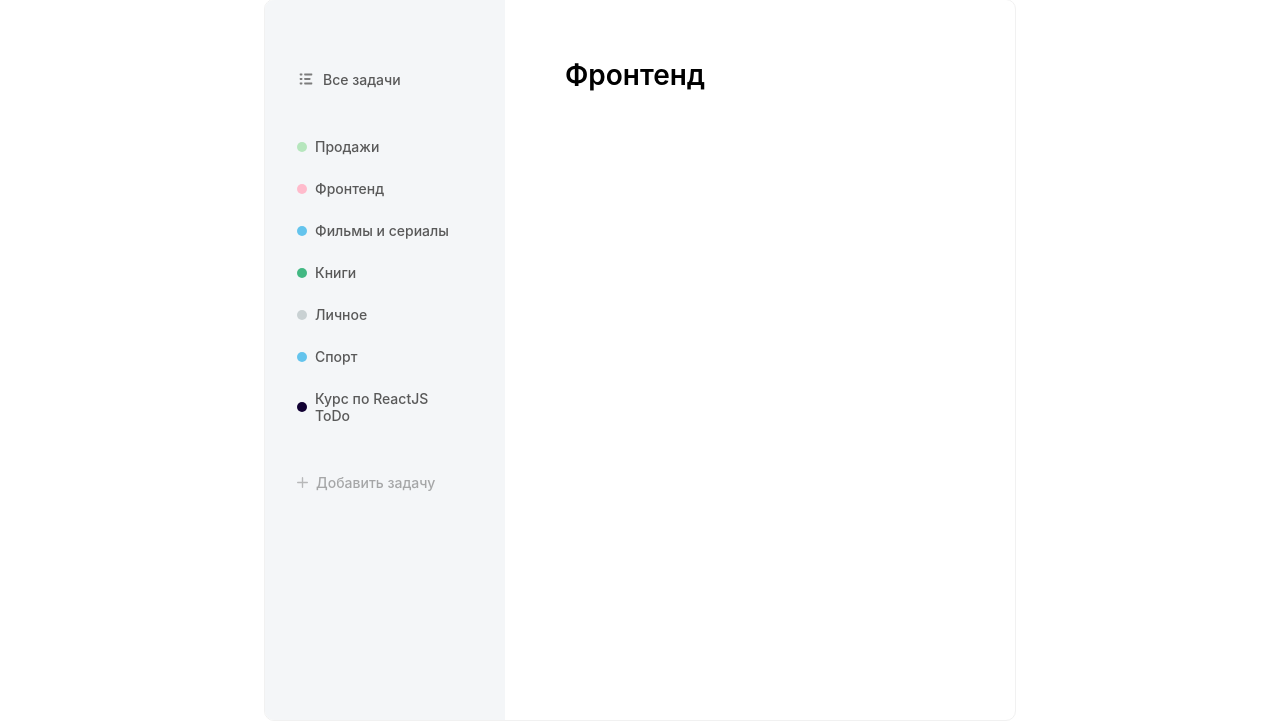
Repository: AzimAzimov/Todo
Page: /
The author's editor kept a copy of each file at every save. The page is drawn from the files as they stood at one save, then again after the next save.
The browser window is 1280 px wide. The pictures show the whole page.
The project was rebuilt for these pictures with package versions that can differ from the ones it lists, and the page was loaded fresh each time. Also part of the build but not shown: src/components/addButtonList/AddListButton.scss.

Above is the page before, as saved 2023-03-01 15:34:12.

### src/index.js
import React from 'react';
import ReactDOM from 'react-dom/client';
import './scss/index.scss';
import App from './App';

const root = ReactDOM.createRoot(document.getElementById('root'));
root.render(
  <React.StrictMode>
    <App />
  </React.StrictMode>
);

### src/scss/index.scss
@import "_normalize.scss";

body {
  margin: 0;
  font-family: -apple-system, BlinkMacSystemFont, 'Segoe UI', 'Montserrat', 'Oxygen',
    'Ubuntu', 'Cantarell', 'Fira Sans', 'Droid Sans', 'Helvetica Neue',
    sans-serif;
  -webkit-font-smoothing: antialiased;
  -moz-osx-font-smoothing: grayscale;
}

.todo {
  display: flex;
  position: absolute;
  left: 50%;
  top: 50%;
  width: 750px;
  height: 100vh;
  transform: translate(-50%, -50%);
  border: 1px solid #f1f1f1;
  border-radius: 10px;
  overflow: hidden;
  font-size: 14px;
  &__sidebar {
    background: #F4F6F8;
    width: 200px;
    height: calc(100% - 120px);
    padding: 60px 20px;
  }

  &__tasks {
    flex: 1;
    padding: 60px;

  }

}

### src/App.js
import React, { useState } from 'react';
import AddButtonList from './components/addButtonList/AddButtonList';

import List from './components/sidebar/List';
import DB from './assets/db.json'
import './scss/index.scss';


function App() {

  const [ value, setValue ] = useState('')
  const [ lists, setLists ] = useState(
    DB.lists.map(item => {
      item.color = DB.colors.filter(color => color.id === item.colorId)[0].name;
      return item;
    })
  )

  const onAddList = (obj) => {
    const newList = [...lists, obj]
    setLists(newList)
    console.log("Добавлен список", newList, lists);
  }

  return (
    <div className="todo">
      <div className="todo__sidebar">
        <List items={[
          {
            icon: (
              <svg width="18" height="18" viewBox="0 0 18 18" fill="none" xmlns="http://www.w3.org/2000/svg">
                <path d="M12.96 8.10001H7.74001C7.24321 8.10001 7.20001 8.50231 7.20001 9.00001C7.20001 9.49771 7.24321 9.90001 7.74001 9.90001H12.96C13.4568 9.90001 13.5 9.49771 13.5 9.00001C13.5 8.50231 13.4568 8.10001 12.96 8.10001V8.10001ZM14.76 12.6H7.74001C7.24321 12.6 7.20001 13.0023 7.20001 13.5C7.20001 13.9977 7.24321 14.4 7.74001 14.4H14.76C15.2568 14.4 15.3 13.9977 15.3 13.5C15.3 13.0023 15.2568 12.6 14.76 12.6ZM7.74001 5.40001H14.76C15.2568 5.40001 15.3 4.99771 15.3 4.50001C15.3 4.00231 15.2568 3.60001 14.76 3.60001H7.74001C7.24321 3.60001 7.20001 4.00231 7.20001 4.50001C7.20001 4.99771 7.24321 5.40001 7.74001 5.40001ZM4.86001 8.10001H3.24001C2.74321 8.10001 2.70001 8.50231 2.70001 9.00001C2.70001 9.49771 2.74321 9.90001 3.24001 9.90001H4.86001C5.35681 9.90001 5.40001 9.49771 5.40001 9.00001C5.40001 8.50231 5.35681 8.10001 4.86001 8.10001ZM4.86001 12.6H3.24001C2.74321 12.6 2.70001 13.0023 2.70001 13.5C2.70001 13.9977 2.74321 14.4 3.24001 14.4H4.86001C5.35681 14.4 5.40001 13.9977 5.40001 13.5C5.40001 13.0023 5.35681 12.6 4.86001 12.6ZM4.86001 3.60001H3.24001C2.74321 3.60001 2.70001 4.00231 2.70001 4.50001C2.70001 4.99771 2.74321 5.40001 3.24001 5.40001H4.86001C5.35681 5.40001 5.40001 4.99771 5.40001 4.50001C5.40001 4.00231 5.35681 3.60001 4.86001 3.60001Z" fill="black"/>
              </svg>
            ),
            name: 'Все задачи',
          }
        ]} />
        <List
          items={lists}
          isRemovable={true}
          onRemove={(eee)=> {console.log(eee)}}
        />
        <AddButtonList onAdd={onAddList} colors={DB.colors} />
      </div>
      <div className='todo__tasks'>
        <h2>Фронтенд</h2>
      </div>
    </div>
  );
}

export default App;

### src/scss/_normalize.scss
* {
  padding: 0;
  margin: 0;
  list-style: none;
  outline: none;
}

html {
  -ms-text-size-adjust: 100%;
  -webkit-text-size-adjust: 100%;
}

body {
  -moz-osx-font-smoothing: grayscale;
  -webkit-font-smoothing: antialiased;

}

a,
span,
p,
b,
h1,
h2,
h3,
h4,
h5 {
  margin: 0;
  padding: 0;
  text-decoration: none
}

h1 {
  font-size: 48px;
}

h2 {
  font-weight: 600;
  font-size: 28px;
  line-height: 30px;
}

a {
  text-decoration: none;
}

### src/components/addButtonList/AddButtonList.jsx
import React, { useState } from 'react'

import Badge from '../badge/Badge';
import List from '../sidebar/List'
import closePopup from "../../assets/img/close.svg"
import "./AddListButton.scss"


const AddButtonList = ({ colors, onAdd }) => {
  const [visiblePopup, setVisiblePopup] = useState(false);
  const [selectedColor, selectColor] = useState(colors[0].id);
  const [inputValue, setInputValue] = useState('')

  const onClose = () => {
    setVisiblePopup(false)
    setInputValue('')
    selectColor(colors[0].id)
  }

  const addList = () => {
    if (!inputValue) {
      alert('Введи название списка епт...')
      return;
    }
    const color = colors.filter(c => c.id === selectedColor)[0].name;
    onAdd({ id: Math.random(), name: inputValue, color: color });
    onClose()
  }

  return (
    <div className="add__list">
      <List
        onClick={()=> setVisiblePopup(true)}
        items={[
          {
            className: 'todo__list__button',
            icon: (
              <svg width="11" height="11" viewBox="0 0 16 16" fill="none" xmlns="http://www.w3.org/2000/svg">
                <path d="M8 1V15" stroke="black" strokeWidth="2" strokeLinecap="round" strokeLinejoin="round"/>
                <path d="M1 8H15" stroke="black" strokeWidth="2" strokeLinecap="round" strokeLinejoin="round"/>
              </svg>
            ),
            name: 'Добавить задачу'
          }
        ]}
      />
      {visiblePopup &&
        <div className="add__list__popup">
          <img onClick={onClose} src={closePopup} alt="close" className="add__list__popup__close" />

          <input
            value={inputValue}
            onChange={e => setInputValue(e.target.value)}
            className='field'
            type='text'
            placeholder='Название списка'
          />

          <div className="add__list__popup__colors">
            {colors.map(color => (
              <Badge
                onClick={()=> selectColor(color.id)}
                key={color.id}
                color={color.name}
                className={selectedColor === color.id && 'active'}
              />
            ))}
          </div>
          <button
            className='button'
            onClick={addList}
          >
            Добавить
          </button>
        </div>
      }
    </div>
  )
}

export default AddButtonList

### src/components/sidebar/List.jsx
import React from 'react'
import classNames from 'classnames';

import './List.scss';
import Badge from '../badge/Badge';
import removeIcon from '../../assets/img/remove.svg'


const List = ({ items, isRemovable, onClick, onRemove }) => {

  const removeList = (item) => {
    if (window.confirm('Удалить список, ёпт?')) {
      onRemove(item)
    }
  }

  return (
    <ul onClick={onClick} className='todo__list'>
      {items.map((item, index) => (
        <li key={index} className={classNames(item.className, { active: item.active })}>
          <i>{item.icon ? item.icon : <Badge color={item.color} />}</i>
          <span>{item.name}</span>
          {isRemovable &&
            <img
              onClick={()=> removeList(item)}
              className='todo__list__remove__icon'
              src={removeIcon} alt="remove"
            />
          }
        </li>
      ))}
    </ul>
  )
}

export default List

### src/assets/db.json
{
  "lists": [
    {
      "id": 1,
      "name": "Продажи",
      "colorId": 5
    },
    {
      "id": 2,
      "name": "Фронтенд",
      "colorId": 4
    },
    {
      "id": 3,
      "name": "Фильмы и сериалы",
      "colorId": 3
    },
    {
      "id": 4,
      "name": "Книги",
      "colorId": 2
    },
    {
      "id": 5,
      "name": "Личное",
      "colorId": 1
    },
    {
      "name": "Спорт",
      "colorId": 3,
      "id": 6
    },
    {
      "name": "Курс по ReactJS ToDo",
      "colorId": 7,
      "id": 7
    }
  ],
  "tasks": [
    {
      "id": 1,
      "listId": 2,
      "text": "Изучить JavaScript",
      "completed": true
    },
    {
      "id": 2,
      "listId": 2,
      "text": "Изучить паттерны проектирования",
      "completed": false
    },
    {
      "id": 3,
      "listId": 2,
      "text": "ReactJS Hooks (useState, useReducer, useEffect и т.д.)",
      "completed": true
    },
    {
      "id": 4,
      "listId": 2,
      "text": "Redux (redux-observable, redux-saga)",
      "completed": false
    },
    {
      "listId": 2,
      "text": "123",
      "completed": true,
      "id": 5
    },
    {
      "listId": 1,
      "text": "test",
      "completed": false,
      "id": 6
    },
    {
      "listId": 1,
      "text": "qweqwe",
      "completed": false,
      "id": 7
    },
    {
      "listId": 1,
      "text": "qweqwe",
      "completed": true,
      "id": 8
    },
    {
      "listId": 1,
      "text": "123",
      "completed": false,
      "id": 9
    },
    {
      "listId": 4,
      "text": "Купить 1984!",
      "completed": true,
      "id": 10
    },
    {
      "listId": 2,
      "text": "222",
      "completed": true,
      "id": 12
    },
    {
      "listId": 7,
      "text": "Сделали сайдбар",
      "completed": true,
      "id": 15
    },
    {
      "listId": 7,
      "text": "Сделали список задач",
      "completed": true,
      "id": 16
    },
    {
      "listId": 7,
      "text": "Сделали удаление и редактирование задач и списков",
      "completed": true,
      "id": 17
    },
    {
      "listId": 8,
      "text": "tttt",
      "completed": false,
      "id": 18
    }
  ],
  "colors": [
    {
      "id": 1,
      "hex": "#C9D1D3",
      "name": "grey"
    },
    {
      "id": 2,
      "hex": "#42B883",
      "name": "green"
    },
    {
      "id": 3,
      "hex": "#64C4ED",
      "name": "blue"
    },
    {
      "id": 4,
      "hex": "#FFBBCC",
      "name": "pink"
    },
    {
      "id": 5,
      "hex": "#B6E6BD",
      "name": "lime"
    },
    {
      "id": 6,
      "hex": "#C355F5",
      "name": "purple"
    },
    {
      "id": 7,
      "hex": "#110133",
      "name": "black"
    },
    {
      "id": 8,
      "hex": "#FF6464",
      "name": "red"
    }
  ]
}

### src/components/badge/Badge.jsx
import React from 'react'
import "./Barge.scss"


const Badge = ({ color, onClick, className }) => {
  return (
    <i onClick={onClick} className={`badge badge__${color} ${className}`}></i>
  )
}

export default Badge

### src/components/sidebar/List.scss

.todo__list {
  margin-bottom: 30px;
  &__button {
    opacity: 0.5;
    &:hover {
      opacity: 1;
    }
    svg {
      transition: all 0.3s ease;
      path {
        stroke: #7C7C7C;
      }
    }
    span {
      color: #7c7c7c;
      transition: all 0.3s ease;
    }
  }

  li {
    display: flex;
    align-items: center;
    gap: 8px;
    padding: 10px 12px;
    margin-bottom: 5px;
    cursor: pointer;
    position: relative;
    &:hover {
      background: rgba(190, 190, 190, 0.08);
      img {
        opacity: 0.3;
      }
    }

    .todo__list__remove__icon {
      opacity: 0;
      width: 10px;
      height: 10px;
      &:hover {
        opacity: 0.6;
      }
    }

    &.active {
      background: #FFFFFF;
      box-shadow: 0px 2px 10px rgba(0, 0, 0, 0.04);
      border-radius: 4px;
    }

    i {
      display: inline-flex;
      svg {
        path {
          fill: #7C7C7C;
        }
      }
    }

    span {
      font-weight: 500;
      color: #595959;
      flex: 1;
    }
  }
}

### src/components/badge/Barge.scss
  .badge {
    display: inline-block;
    width: 10px;
    height: 10px;
    border-radius: 50%;

    &__green {
      background-color: #42B883;
    }

    &__blue {
      background-color: #64C4ED;
    }

    &__pink {
      background-color: #FFBBCC;
    }

    &__red {
      background-color: #FF6464;
    }

    &__black {
      background-color: #110133;
    }

    &__purple {
      background-color: #C355F5;
    }

    &__lime {
      background-color: #B6E6BD;
    }

    &__grey {
      background-color: #C9D1D3;
    }

    &__purple {
      background-color: #C355F5;
    }
  }

Loaded but not shown: public/index.html (common file)

After the next save:
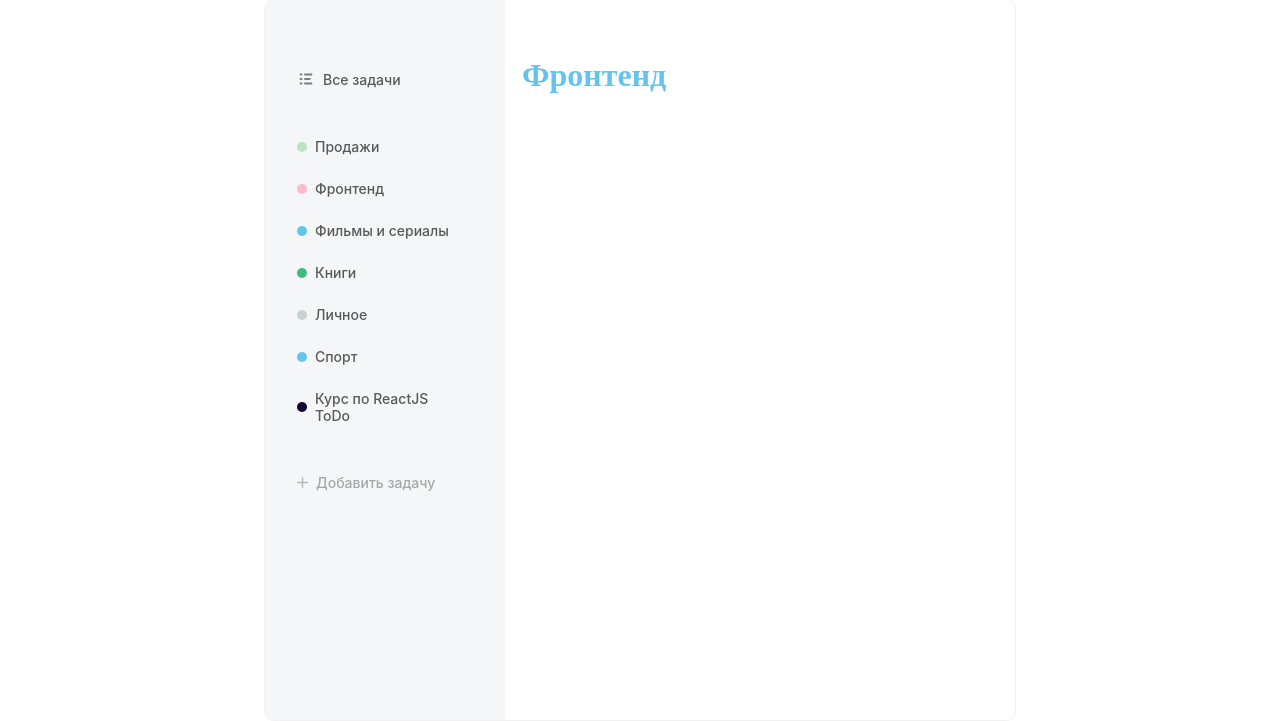
Saved 4 s later.
--- a/src/scss/index.scss
+++ b/src/scss/index.scss
@@ -31,7 +31,24 @@ body {
   &__tasks {
     flex: 1;
     padding: 60px;
+    h2 {
+      /* Фронтенд */
 
+        position: absolute;
+        width: 178px;
+        height: 39px;
+        left: 257px;
+        top: 56px;
+
+        font-family: 'Montserrat';
+        font-style: normal;
+        font-weight: 700;
+        font-size: 32px;
+        line-height: 39px;
+        /* identical to box height */
+
+        color: #64C4ED;
+    }
   }
 
 }
